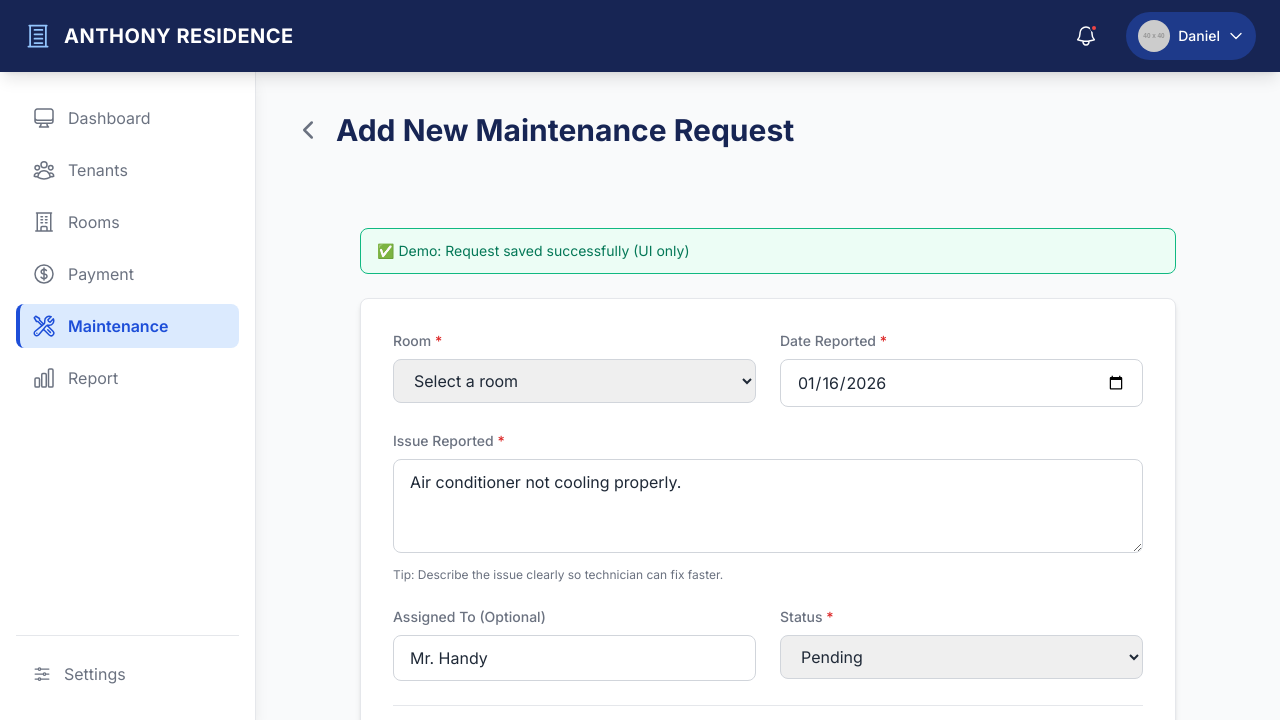
Repository: phyronsoftware-project/Room_Rental_Management_System
Page: http://localhost/maintenance/create
An editor plug-in stored every save of this project. The page is shown before and after the next save, followed by the edit.
The browser window is 1280 px wide. The pictures show the whole page.
An inner scrolling area shows only its first screen. Some web libraries are served in a nearby version. The page is served by the project's Laravel application, run on PHP 8.4 with Laravel 12.

Above is the page before, as saved 2026-01-16 21:41:10.

After the next save:
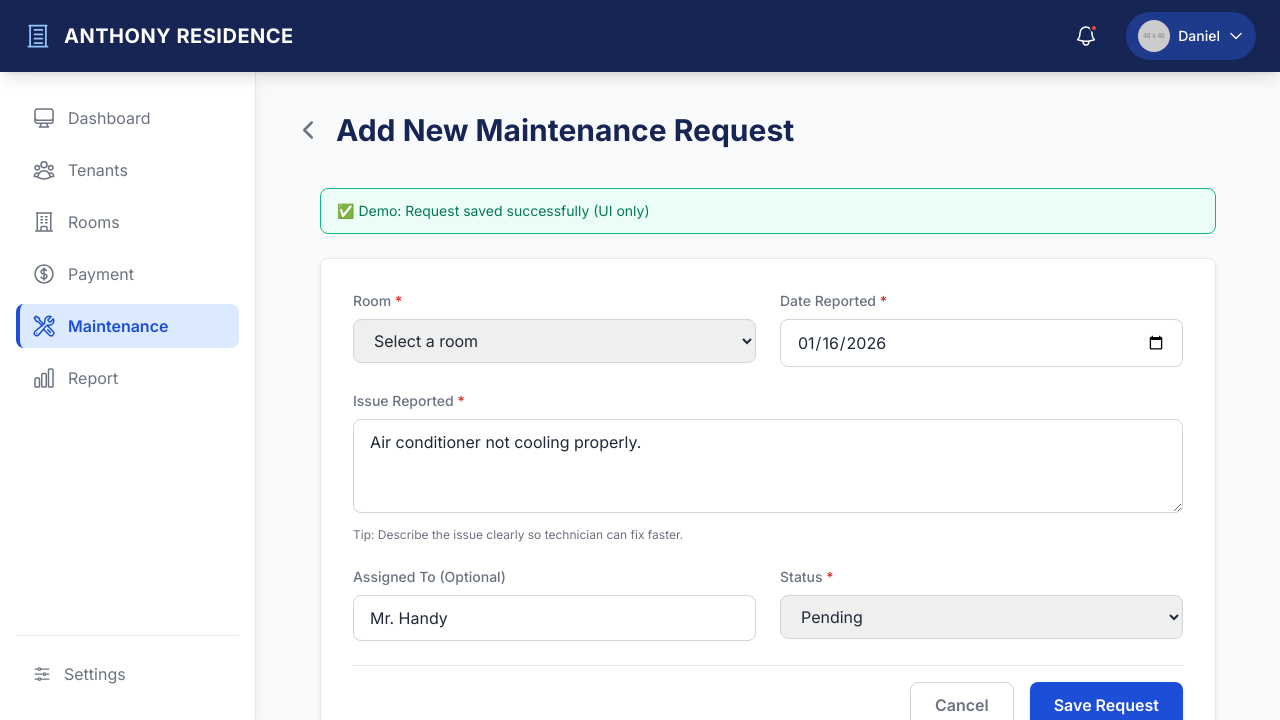
Saved 19 s later.
--- a/resources/views/maintenance/maintenance_create.blade.php
+++ b/resources/views/maintenance/maintenance_create.blade.php
@@ -34,7 +34,7 @@
                 <h1 class="text-3xl font-bold text-primary-dark">Add New Maintenance Request</h1>
             </div>
         </div>
-        <div class="p-10 max-w-4xl mx-auto">
+        <div class=" max-w-4xl mx-auto">
 
             {{-- Header --}}
 
